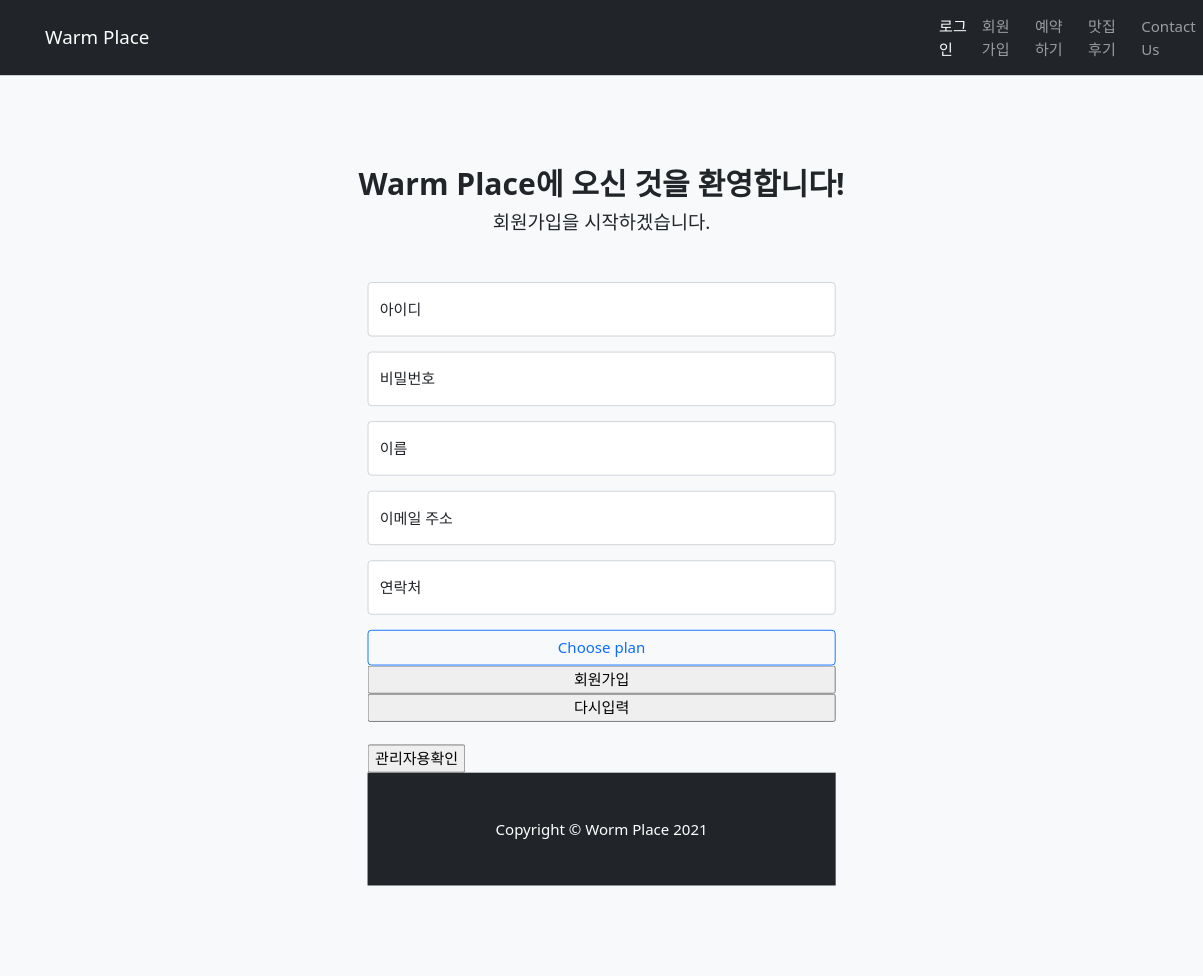
Repository: jaunnnngs/HackaTone
Page: http://localhost/StunProjects/St_Join/st_userJoin.jsp
An editor plug-in stored every save of this project. The page is shown before and after the next save, followed by the edit.
The browser window is 1280 px wide. The pictures show the whole page, at 94% of full size.
Some web libraries are served in a nearby version. The page is served by Tomcat 9.

Above is the page before, as saved 2021-07-24 11:58:29.

After the next save:
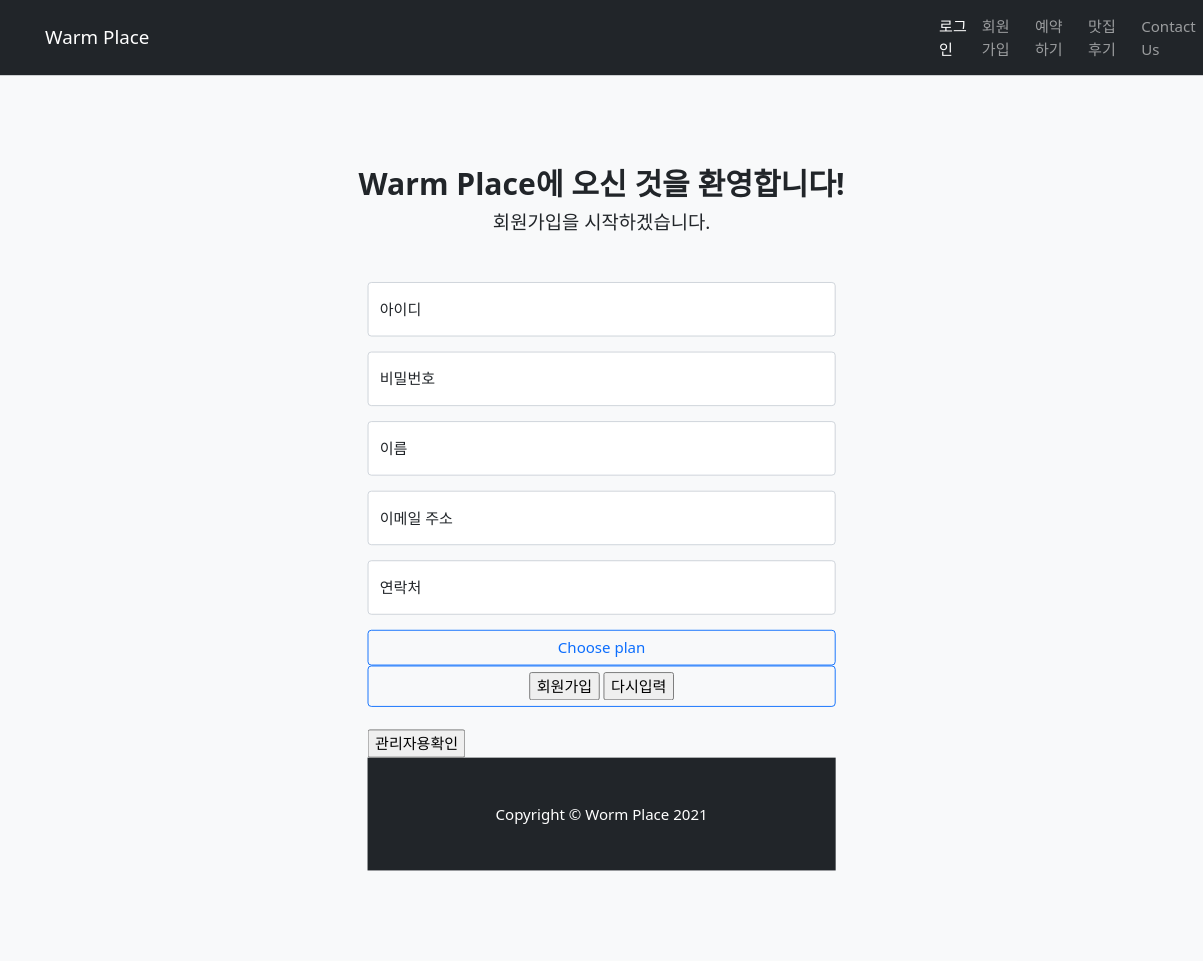
Saved 27 s later.
--- a/STUN_TEAM/StunProjects/src/main/webapp/St_Join/st_userJoin.jsp
+++ b/STUN_TEAM/StunProjects/src/main/webapp/St_Join/st_userJoin.jsp
@@ -111,10 +111,10 @@
 
 
                        <div class="d-grid">
-			<td class="btn btn-outline-primary">
+			<a class="btn btn-outline-primary">
 			    <input id="submitButton" type="submit" onclick="test()" value="회원가입">
 				<input type="reset" value="다시입력">
-			</td>
+			</a>
 			</div>
 	</form>
 
